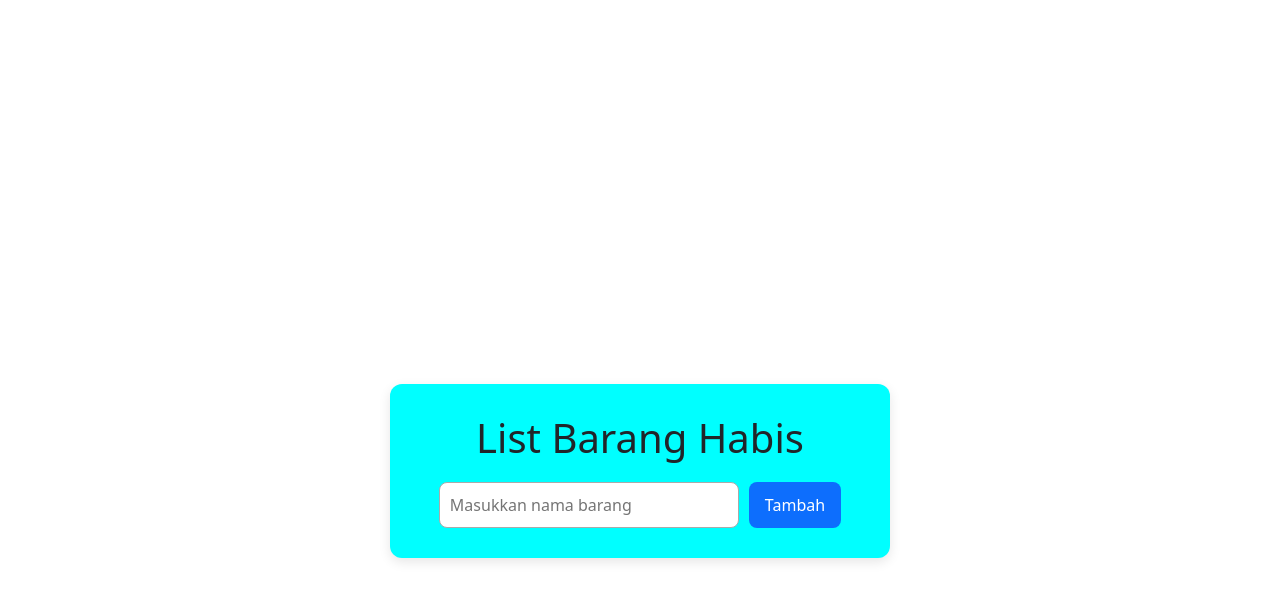
Repository: amorysdeo/dirumah
Page: index.html
The author's editor kept a copy of each file at every save. The page is drawn from the files as they stood at one save, then again after a run of saves.
The browser window is 1280 px wide. The pictures show the whole page.

Above is the page before, as saved 2025-11-27 11:57:55.

### index.html
<!DOCTYPE html>
<html lang="en">
<head>
    <meta charset="UTF-8">
    <meta name="viewport" content="width=device-width, initial-scale=1.0">
    <link rel="stylesheet" href="css.css">
    <link href="https://cdn.jsdelivr.net/npm/bootstrap@5.3.3/dist/css/bootstrap.min.css" rel="stylesheet">

    <title>Belanja</title>
</head>
<body>
    <div id="main-box">
        <div id="title">
            <h1>List Barang Habis</h1>
        </div>
        <div id="inputan">
            <input type="text" id="barang" name="barang" placeholder="Masukkan nama barang">
            <button>Tambah</button>
        </div>
    </div>

    <script src="https://cdn.jsdelivr.net/npm/@popperjs/core@2.11.8/dist/umd/popper.min.js"></script>
    <script src="https://cdn.jsdelivr.net/npm/bootstrap@5.3.3/dist/js/bootstrap.min.js"></script>
</body>
</html>

### css.css
body {
    padding-top: 30%;
    margin: 0;
    background-color: #f5f5f5;
}

/* BOX UTAMA */
#main-box {
    background-color: aqua;
    width: 75%;
    max-width: 500px;
    padding: 30px;
    border-radius: 12px;
    box-shadow: 0 4px 12px rgba(0,0,0,0.1);

    /* INI YANG NENGAHAN KANAN-KIRI */
    margin-left: auto;
    margin-right: auto;

    /* Biar kontennya center */
    text-align: center;
}

/* TITLE */
#title h1 {
    margin-bottom: 20px;
}

/* INPUT + BUTTON */
#inputan {
    display: flex;
    justify-content: center;
    gap: 10px;
}

#inputan input {
    padding: 10px;
    width: 70%;
    max-width: 300px;
    border-radius: 8px;
    border: 1px solid #aaa;
    font-size: 16px;
}

#inputan button {
    padding: 10px 16px;
    border-radius: 8px;
    border: none;
    background-color: #0d6efd;
    color: white;
    font-size: 16px;
    cursor: pointer;
    transition: 0.2s;
}

#inputan button:hover {
    background-color: #0b5ed7;
}

After the next 3 saves:
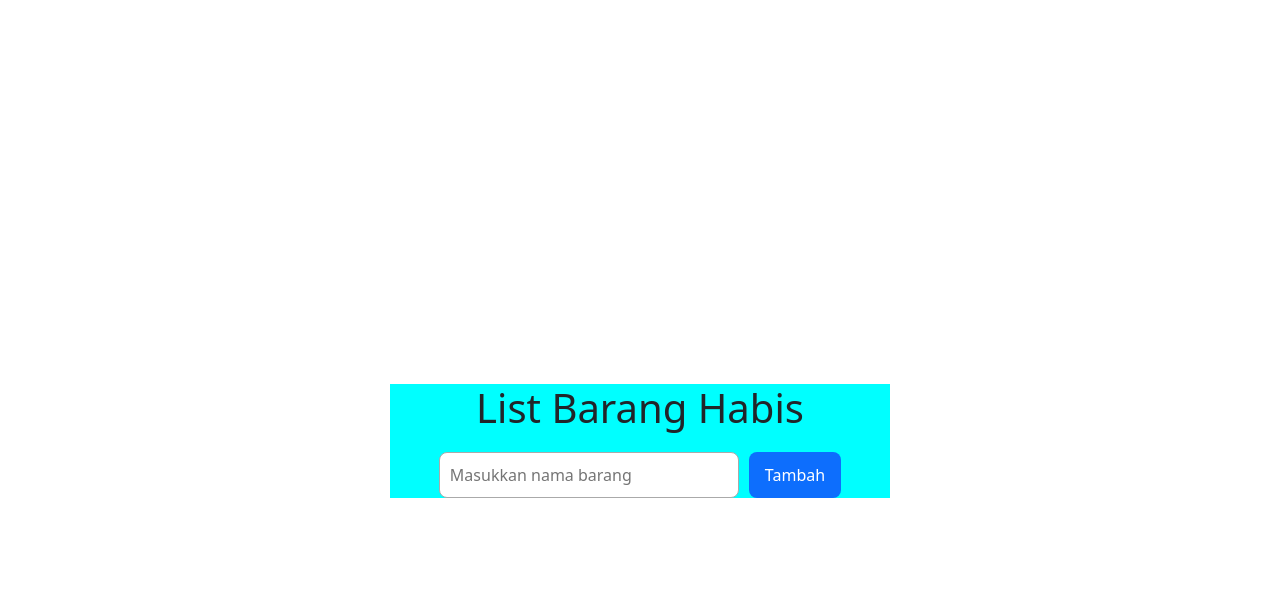
The 3 saves are shown as one change because they came seconds apart.
The last was saved 20 s later.
--- a/css.css
+++ b/css.css
@@ -9,9 +9,6 @@ body {
     background-color: aqua;
     width: 75%;
     max-width: 500px;
-    padding: 30px;
-    border-radius: 12px;
-    box-shadow: 0 4px 12px rgba(0,0,0,0.1);
 
     /* INI YANG NENGAHAN KANAN-KIRI */
     margin-left: auto;
